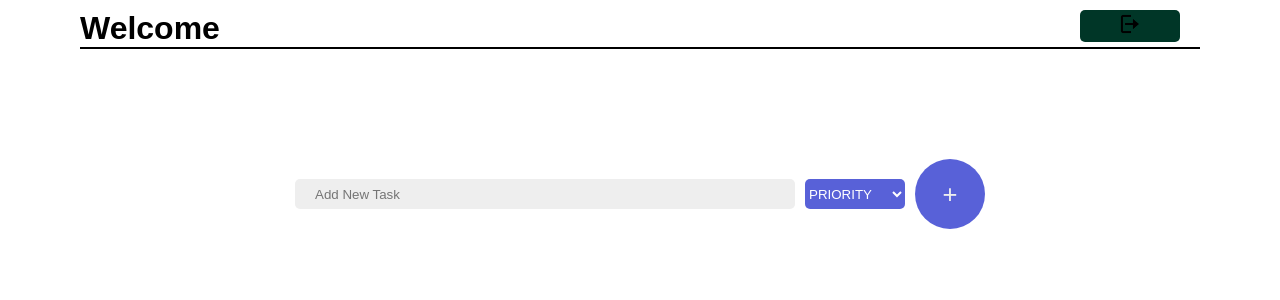
Repository: tebo27cMd/todo_App
Page: /HomePage
The author's editor kept a copy of each file at every save. The page is drawn from the files as they stood at one save, then again after the next save.
The browser window is 1280 px wide. The pictures show the whole page.
The page's requests for data from a server got no answer. The project was rebuilt for these pictures with package versions that can differ from the ones it lists, and the page was loaded fresh each time. No one was signed in, and anything a server would have sent is missing. Also part of the build but not shown: src/Pages/LoginPage.jsx, src/Pages/SignInPage.jsx.

Above is the page before, as saved 2022-08-23 12:17:45.

### src/App.js
import React, {useState, useEffect} from 'react';
import './App.css';
import LoginPage from './Pages/LoginPage';
import SignInPage from './Pages/SignInPage';
import HomePage from './Pages/HomePage';

import {BrowserRouter as Router,Routes,Route,Link} from "react-router-dom";

//import {collection, getDocs, getDoc, doc, deleteDoc} from 'firebase/firestore'







function App() {


  const [tasks, setTasks] = useState([]);

  const addTasks = ((task, priorityType)=>{
    setTasks((tasks)=>[...tasks, {
      task:task,
      priorityType:priorityType
    }])

    console.log(tasks);
  })
  return (
    <div className="App">

      <Router>
      <Routes>
        <Route exact path="/" element = {<LoginPage/>}></Route>
        <Route path="/SignInPage" element = {<SignInPage/>}></Route>
        <Route exact path="/HomePage" element = {<HomePage/>}></Route>
      </Routes>
    </Router>

    </div>
  );
}

export default App;

### src/App.css
* {
  box-sizing: border-box;
  margin: 0;
  padding: 0;
  font-family: 'Times New Roman', Times, serif;
}

### src/Pages/HomePage.jsx

import React, { useState, useEffect } from "react";

  import '../css/HomePage.css';

  import {db} from '../Config-file/firebase';

  import {addDoc, collection,getDocs} from 'firebase/firestore';
  import CheckCircleIcon from "@mui/icons-material/CheckCircle";


  import logout from '../image/logout.png'





function HomePage() {
  const[task, setTask]= useState('');
  const[priority, setPriority] = useState('');

  const[items, setItem] = useState([]);

  const itemRef =collection(db,"Tasks");

  const getItems = async()=>{
      let data = await getDocs(itemRef);
      setItem(data.docs.map((doc)=>({...doc.data(), id: doc.id})))
  }

  const addItems = async()=>{
     await addDoc(itemRef, {task:task, priority:priority})
     alert("Item added Successfully");
    getItems();
    }


    useEffect(()=>{
      getItems();
   }, [])





    return (
      <div className="AddTask">
          <div className="topPart">
              <h1>Welcome</h1>
              <button><div className="tick"><img src={logout} alt="" /></div></button>
          </div>

          <div className="bottomPart">
            <div className="input-fields">
              <input className="typeTask" type="text" placeholder="Add New Task" onChange={(e)=>setTask(e.target.value)}/>
                <select name="priority" id="priority" onChange={(e)=>setPriority(e.target.value)}>
                    <option value="Priority">PRIORITY</option>
                    <option value="High">High</option>
                    <option value="Medium">Medium</option>
                    <option value="Low">Low</option>

                </select>

                <button className="topBtn" onClick={addItems}>+</button>

            </div>

            <div className="task-list">
            {
                        items.map(item=>((
                            <div className="items" key={item.id}>
                                {
                                    item.priority == "Low" ? (

                                        <div className="item" style={{borderBottom: "3px solid green"}}>
                                        <span>{item.task}</span>
                                        <button className="complete"><div className="CheckLow"><CheckCircleIcon id="i" /></div></button>
                                        </div>

                                    ):item.priority == "Medium" ? (
                                        <div className="item" style={{borderBottom: "3px solid orange"}}>
                                        <span>{item.task}</span>
                                        <button className="complete"><div className="CheckMedium"><CheckCircleIcon id="i" /></div></button>
                                        </div>
                                    ):item.priority == "High" ? (
                                        <div className="item" style={{borderBottom: "3px solid red"}}>
                                        <span>{item.task}</span>
                                        <button className="complete"><div className="CheckHigh"><CheckCircleIcon id="i" /></div></button>

                                        </div>
                                    ):(
                                        <div>

                                        </div>
                                    )
                                }




                            </div>
                        )))
                    }
            </div>

          </div>

      </div>
    )
  }



export default HomePage;

### src/Pages/LoginPage.css
@import url("https://fonts.googleapis.com/css?family=Roboto&display=swap");
:root
{
    --btnGreen: #339eb1;
    --beige: beige;

}

.LoginPage{
    display: grid;
    grid-template-columns: 40% 60%;
    width: 100vw;
    height: 100vh;
    font-family:'Roboto' ;
}

.LoginPage aside{
    background: url(../Images/Ado.jpeg);
    background-size: cover;
}

.LoginPage section{
    display: flex;
    flex-direction: column;
    justify-content: center;
    align-items: center;
    padding: 50px;

}

.LoginPage .welcome{
    margin-top: 20px;
    margin-bottom: 20px;
    font-weight: bolder;
    font-size: 2em;
    font-family:'Roboto' ;
    color: #4c52ac;
}

.LoginPage .paragraph1{
    margin-bottom: 20px;
    font-size: 1.2em;
    color: #4c52ac;
}

.LoginPage .input-control{
    display: flex;
    flex-direction: column;
    align-self: flex-start;
    width: 100%;

}

.LoginPage .input-control label{
    margin-top: 10px;
    margin-bottom: 10px;
    font-size: 1.4em;

}

.LoginPage .input-control input{
    font-size: 1.2em;
    height: 50px;
    padding: 20px 10px 20px 10px;
    margin-top: 10px;
    border: none;
    border-radius: 10px;
    width: 100%;
    background-color: #eee;

}

.LoginPage button{
    width: 300px;
    height: 50px;

}
.LoginPage .lgnBtn:hover{
   background-color:#4c52ac;
   border-color: #7bff00;
}
.LoginPage .lgnBtn{
    margin-top: 50px;
    border-radius: 5px;
    border: none;
    background-color: var(--btnGreen);
    font-size: 1em;
    cursor: pointer;
    color: white;
}

.LoginPage .create{
    font-family:'Roboto' ;
    margin-top: 30px;
}


Link{
    color: var(--btnGreen);
}

.LoginPage .or{
    font-weight: lighter;
    font-size: 1em;
    margin: 20px;
}

.LoginPage .signBtn{

    margin: 20px;
    padding-right: 20px;
    border-radius: 5px;
    border-color: #4c52ac;
    cursor: pointer;
    background-color: white;
    border-radius: 7px;
}



.logo{
    display: flex;
    flex-direction: row;
    justify-content: center;

}

.logo img{
    width: 50px;
    height: 30px;
    padding-left: 10px;
}

.logo span{
    padding-top: 7px;
}

### src/Config-file/firebase.js
// Import the functions you need from the SDKs you need
import { initializeApp } from "firebase/app";
import { getFirestore } from "@firebase/firestore";
import {getAuth} from 'firebase/auth';

const firebaseConfig = {
  apiKey: "AIzaSyB44VhlyOGLme-EDCUVNbbB2UbazBO3qIY",
  authDomain:  "todo-433b6.firebaseapp.com",
  projectId:"todo-433b6",
  storageBucket: "todo-433b6.appspot.com",
  messagingSenderId: "23893463738",
  appId:"1:23893463738:web:7b7d1fefeddfc1abce6883",
  measurementId: "G-QQNBP66G32"
};

// Initialize Firebase
const app = initializeApp(firebaseConfig);
const db = getFirestore(app);
const auth = getAuth(app);
export  {auth, db};

### src/css/HomePage.css


*{
    box-sizing:border-box;
    margin: 0;
    padding: 0;
    font-family: sans-serif;
}


.topPart{
    display: flex;
    justify-content: space-between;
    margin: 10px 80px;
    border-bottom: 2px solid black;

}

.topPart button{
    width: 100px;
    margin:0px 20px 5px 0px;
    border-radius: 5px;
    border: none;
    background-color: #003627;
    cursor: pointer;
    color: white;
    font-size: 1.2em;

}
.topPart img {
    height: 20px;
}

.topPart button:hover{
    background-color: rgba(245, 27, 27, 0.815);
    color: black;
}

.bottomPart{
    display: flex;
    flex-direction: column;
    justify-content: center;
    align-items: center;
    margin-top: 80px;
}

.bottomPart input{
    margin-right: 10px;
    height: 30px;
    width: 500px;
    padding-left: 20px;
    border: none;
    background-color: #eee;
    border-radius: 5px;

}

.bottomPart select{
    margin-right: 10px;
    height: 30px;
    width: 100px;
    border: none;
    background-color: #5861d8;
    border-radius: 5px;
    color: white;
}

.bottomPart .topBtn{
    height: 70px;
    width: 70px;
    border-radius: 50px;
    border: none;
    color: #eee;
    font-size: 1.6em;
    background-color: #5861d8;
    cursor: pointer;

}
.bottomPart .CheckHigh{
    border-radius: 50px;
    border: none;
    background-color: #5861d8;
    color: rgb(255, 255, 255);
    font-size: 1.6em;
    cursor: pointer;
}
.bottomPart .CheckHigh:hover{
    background-color: red;
}
.bottomPart .CheckMedium{
    border-radius: 50px;
    border: none;
    background-color: #5861d8;
    color: rgb(255, 255, 255);
    font-size: 1.6em;
    cursor: pointer;
}
.bottomPart .CheckMedium:hover{
    background-color: yellow;
}
.bottomPart .CheckLow{
    border-radius: 50px;
    border: none;
    background-color: #5861d8;
    color: rgb(255, 255, 255);
    font-size: 1.6em;
    cursor: pointer;
}
.bottomPart .CheckLow:hover{
    background-color: green;
}

.bottomPart button:hover{
    background-color: #776e7625;
    color: black;
}

input{
height: 90px;
}
.input-fields {
    display: flex;
    align-items: center;
    height: 130px;

}




/* Task list*/


.task-list{
    width: 600px;
    margin-right: 60px;
}

.item{
    display: flex;
    text-align: center;
    justify-content: space-between;
    padding: 10px;
    border-radius: 5px;
    border: none;
    box-shadow: 2px 2px 5px 0px rgb(123, 126, 173);

}
.items{
    padding: 5px 0;
}
.item button{
    border: none;
    border-radius: 50px;
    width: 80px;
    height: 40px;
    font-size: 20px;
    cursor: pointer;

}

Loaded but not shown: public/index.html (common file); src/index.js (common file); src/reportWebVitals.js (common file)

After the next save:
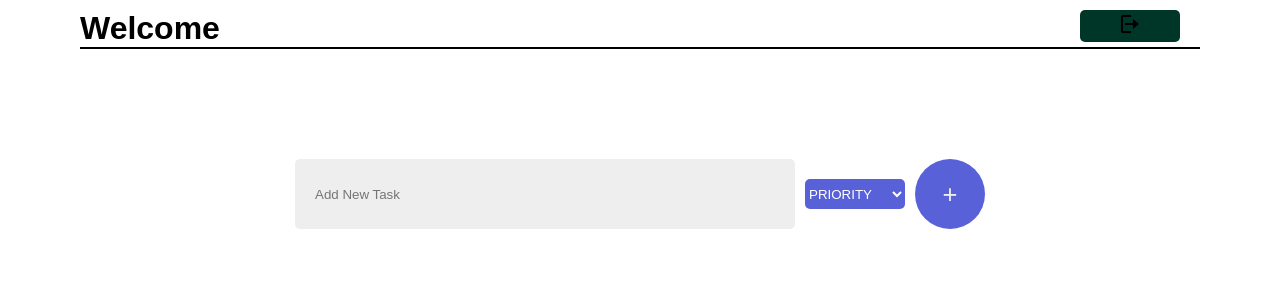
Saved 42 s later.
--- a/src/css/HomePage.css
+++ b/src/css/HomePage.css
@@ -46,7 +46,7 @@
 
 .bottomPart input{
     margin-right: 10px;
-    height: 30px;
+    height: 70px;
     width: 500px;
     padding-left: 20px;
     border: none;
